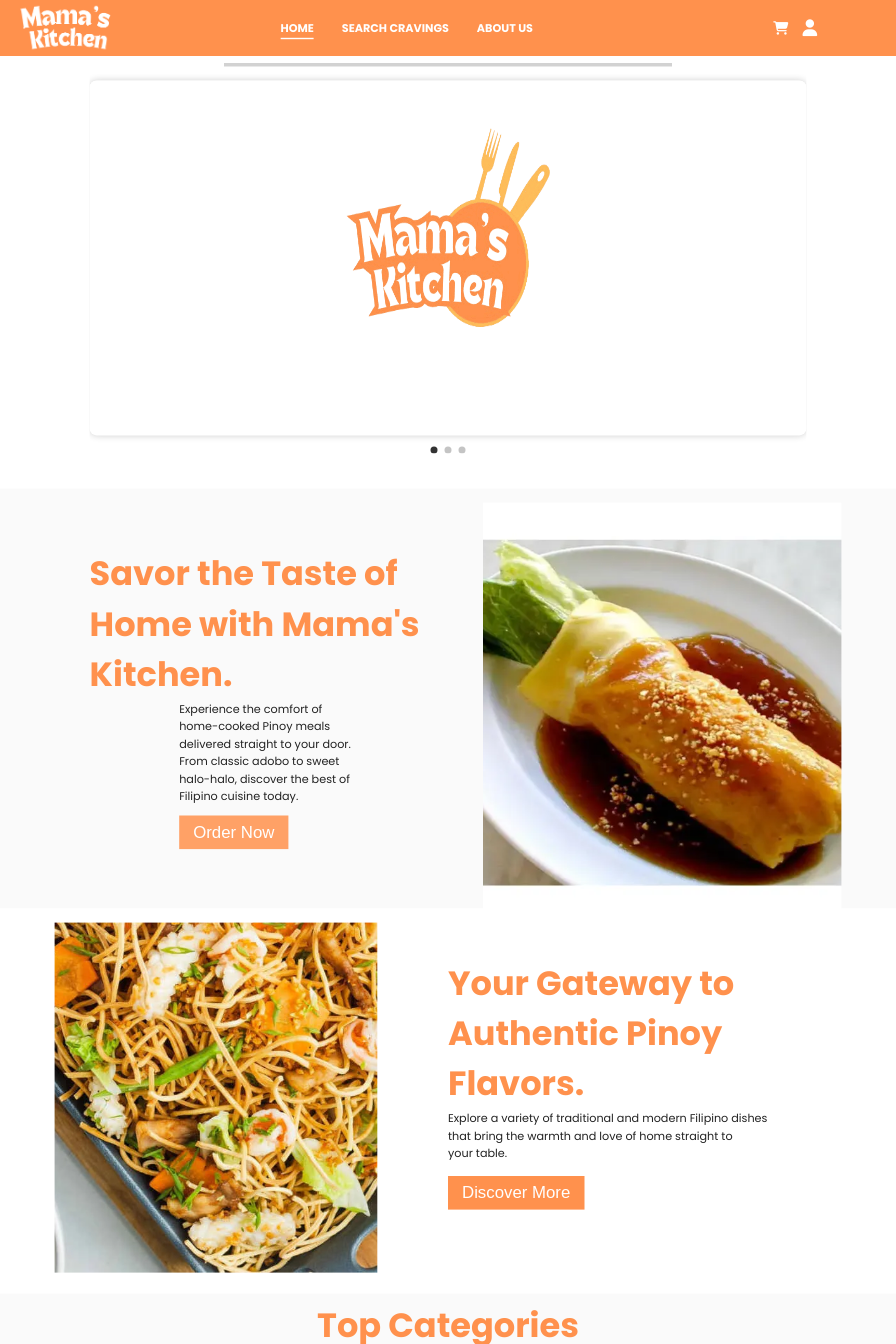
Repository: KarlBautista/mamaskitchen
Page: / (app in frontend/)
The author's editor kept a copy of each file at every save. The page is drawn from the files as they stood at one save, then again after the next save.
The browser window is 1280 px wide. The pictures show the part of the page from y = 0 to 1920 px (the page is 3590 px tall), at 70% of full size.
Some web fonts or font styles are not loaded; a fallback is used. Some web libraries are served in a nearby version. The project was rebuilt for these pictures with package versions that can differ from the ones it lists, and the page was loaded fresh each time. Some packages were replaced by stand-ins written for this rebuild. Also part of the build but not shown: frontend/src/components/VideoPlatform.jsx, frontend/src/components/Register.jsx, frontend/src/styles/search-cravings.css, frontend/src/components/SearchCravings.jsx, frontend/src/components/AboutUs.jsx, frontend/src/components/Login.jsx, frontend/src/styles/profile.css, frontend/src/components/Profile.jsx and 3 more. Imported but missing from the stored project, and not drawn on this page: frontend/src/videos/Landing-Video.mp4, frontend/src/videos/jollibee-1.mp4.

Above is the page before, as saved 2025-01-03 22:49:01.

After the next save:
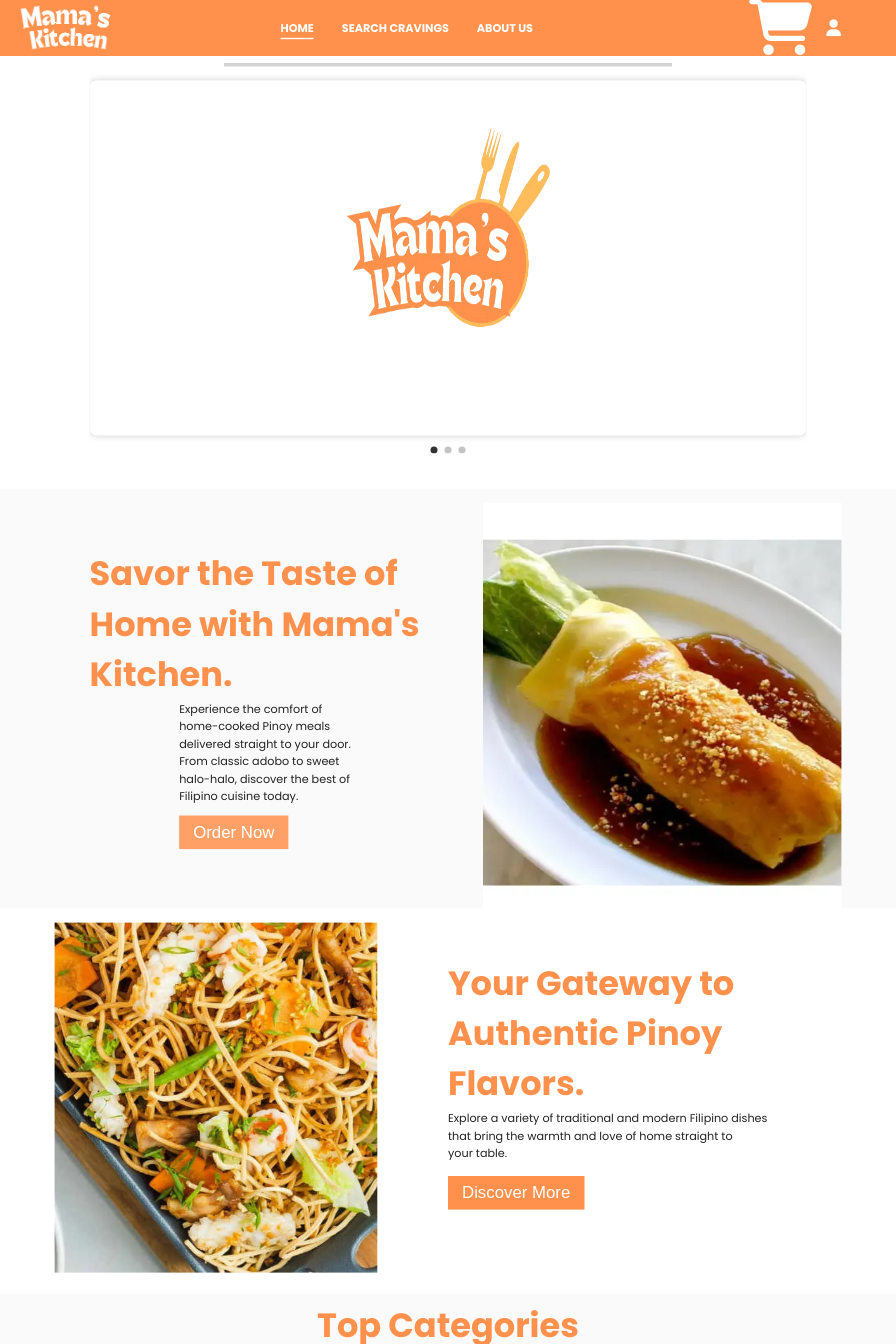
Saved 5 s later.
--- a/frontend/src/styles/header.css
+++ b/frontend/src/styles/header.css
@@ -185,7 +185,7 @@
 
 /* Hover Effect */
 .cart-icon{
-    font-size: ;
+    font-size: 5rem;
 }
 
 /* Underline Effect */

After the 4 saves that followed:
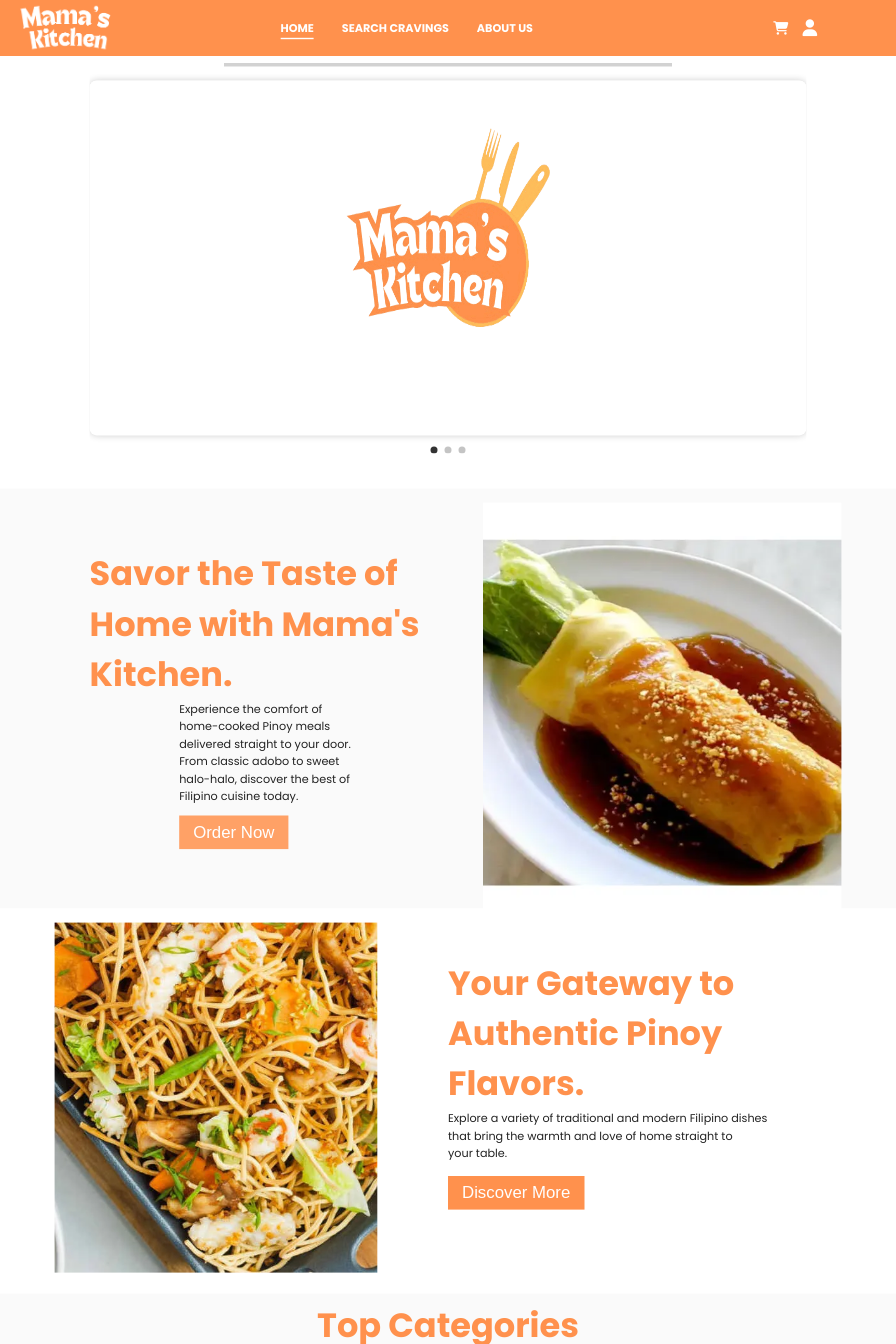
The 4 saves are shown as one change because they came seconds apart.
The last was saved 11 s later.
--- a/frontend/src/styles/header.css
+++ b/frontend/src/styles/header.css
@@ -181,11 +181,11 @@
 
 
 /* Base Style */
-/* Base Style */
+/* Base Style *
 
 /* Hover Effect */
 .cart-icon{
-    font-size: 5rem;
+    font-size: 2;
 }
 
 /* Underline Effect */
